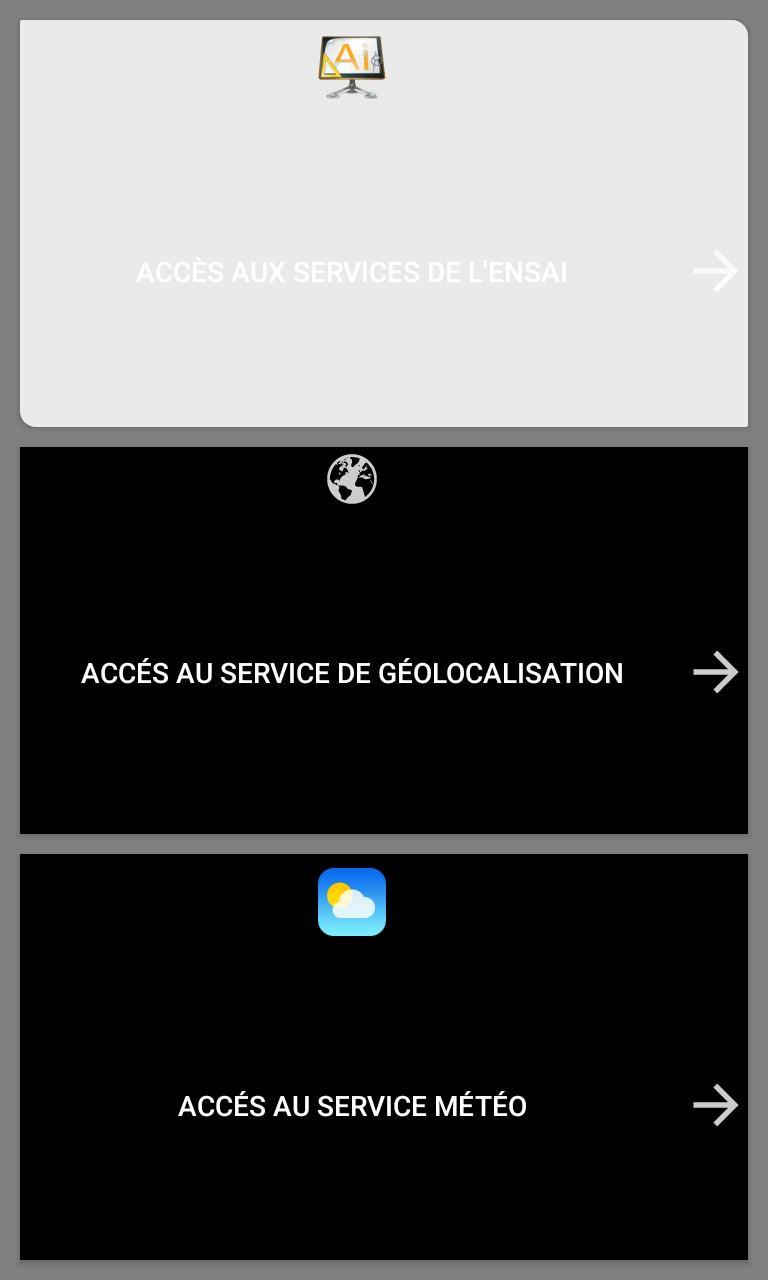
Repository: cpluuuusplus/WhoWantsKitKat
Layout: AppliPlus/res/layout/activity_menu_principal.xml
These files come from the project's save history. The layout is drawn as it stood at one moment and after the next save; the edit follows.
It is drawn on a 768 x 1280 px phone screen (xhdpi) without system bars, with theme Theme.AppCompat.Light; the app's code is not run.

Above is the layout before, as saved 2014-05-12 15:37:56.

### AppliPlus/res/layout/activity_menu_principal.xml
<?xml version="1.0" encoding="utf-8"?>
<LinearLayout xmlns:android="http://schemas.android.com/apk/res/android"
    android:layout_width="match_parent"
    android:layout_height="match_parent"
    android:background="@color/gray"
    android:orientation="vertical" >

    <Button
        android:id="@+id/main_act1"
        android:layout_width="match_parent"
        android:layout_height="fill_parent"
        android:layout_marginLeft="10dp"
        android:layout_marginRight="10dp"
        android:layout_marginTop="10dp"
        android:layout_weight="1"
        android:background="@drawable/button_shape"
        android:drawableRight="@drawable/ic_action_forward"
        android:drawableTop="@drawable/shcool"
        android:onClick="pamplemousse"
        android:text="@string/school"
        android:textColor="@color/white" />

    <Button
        android:id="@+id/main_act2"
        android:layout_width="match_parent"
        android:layout_height="fill_parent"
        android:layout_margin="10dp"
        android:layout_weight="1"
        android:background="@color/black_color"
        android:drawableRight="@drawable/ic_action_forward"
        android:drawableTop="@drawable/ic_action_web_site"
        android:onClick="geolocalisation"
        android:text="@string/geo"
        android:textColor="@color/white" />

    <Button
        android:id="@+id/main_act3"
        android:layout_width="match_parent"
        android:layout_height="fill_parent"
        android:layout_marginBottom="10dp"
        android:layout_marginLeft="10dp"
        android:layout_marginRight="10dp"
        android:layout_weight="1"
        android:background="@color/black_color"
        android:drawableRight="@drawable/ic_action_forward"
        android:drawableTop="@drawable/weather"
        android:onClick="meteo"
        android:text="@string/meteo"
        android:textColor="@color/white" />

</LinearLayout>

### AppliPlus/res/values/colors.xml
<?xml version="1.0" encoding="utf-8"?>
<resources>

    <color name="black_color">#000</color>
    <color name="white">#FFFFFF</color>
    <color name="yellow">#FFFF00</color>
    <color name="fuchsia">#FF00FF</color>
    <color name="red">#FF0000</color>
    <color name="silver">#C0C0C0</color>
    <color name="gray">#808080</color>
    <color name="olive">#808000</color>
    <color name="purple">#800080</color>
    <color name="maroon">#800000</color>
    <color name="aqua">#00FFFF</color>
    <color name="lime">#00FF00</color>
    <color name="teal">#008080</color>
    <color name="green">#008000</color>
    <color name="blue">#0000FF</color>
    <color name="navy">#000080</color>

</resources>

### AppliPlus/res/drawable-hdpi/button_shape.xml
<?xml version="1.0" encoding="utf-8"?>
<shape xmlns:android="http://schemas.android.com/apk/res/android"
    android:shape="rectangle" >

    <solid android:color="#EAEAEA" />

    <corners
        android:bottomLeftRadius="8dip"
        android:bottomRightRadius="1dip"
        android:topLeftRadius="1dip"
        android:topRightRadius="8dip" />

</shape>

### AppliPlus/res/values/strings.xml
<?xml version="1.0" encoding="utf-8"?>
<resources>

    <string name="app_name">Qui veut manger un KitKat ?</string>
    <string name="hello_world">Hello world!</string>
    <string name="nb_cours">%1$d cours viennent d\'être mis à jours</string>
    <string name="direct">Accès direct à pamplemousse viewer</string>
    <string name="refresh">Refresh</string>
    <string name="action_search">search</string>
    <string name="find_city">Rechercher une ville</string>

    <!-- Nom des menus ! -->

    <string name="home">Qui veut un KitKat ?</string>
    <string name="pamp_viewer">Accès à Pamplemousse</string>
    <string name="agenda_null">Première connection ? Renseignez vos identifiants, et synchroniser</string>
    <string name="url_error">Impossible de se connecter au serveur, veuillez vérifier vos identifiants et votre connection à internet</string>
    <string name="school">Accès aux services de l\'Ensai</string>
    <string name="connection">Accès à Pamplemousse</string>
    <string name="remote">Accès à Pamplemousse en ligne</string>
    <string name="pampl_desc">Emploi du temps, mails,...</string>
    <string name="geo">Accés au service de Géolocalisation</string>
    <string name="geo_desc">Géolocalisation</string>
    <string name="meteo">Accés au service Météo</string>
    <string name="meteo_desc">À</string>
    <string name="meteo_tc">Températures</string>
    <string name="meteo_wind">Vent</string>
    <string name="meteo_rain">Pluie</string>
    <string name="meteo_clouds">Nuages</string>
    <string name="valider_localite">Valider</string>
    <string name="desc_country">Pays</string>
    <string name="desc_sunrise">Levé du soleil</string>
    <string name="desc_sunset">Couché du soleil</string>
    <string name="desc_pressure">Pression</string>

    <!-- Cas non défini -->

    <string name="to_be_defined">En attente</string>

    <!-- Test login -->

    <string name="menu_settings">Settings</string>
    <string name="title_activity_main">MainActivity</string>
    <string name="image_content_description">Un Android avec un chien</string>
    <string name="login">S\'identifier</string>
    <string name="email">Id utilisateur</string>
    <string name="password">Mot de passe</string>
    <string name="connect">Se connecter</string>
    <string name="get_localite">Récupérer ma localisation actuelle</string>
    <string name="saisir_localite">Saisir une ville ici</string>
    <string name="desc_saisie_localite">Vous pouvez saisir une localité</string>
    <string name="temp">Ce champ doit etre rempli</string>
    <string name="geoloc_osm">Géolocationsation par OSM/OCM</string>

</resources>

After the next save:
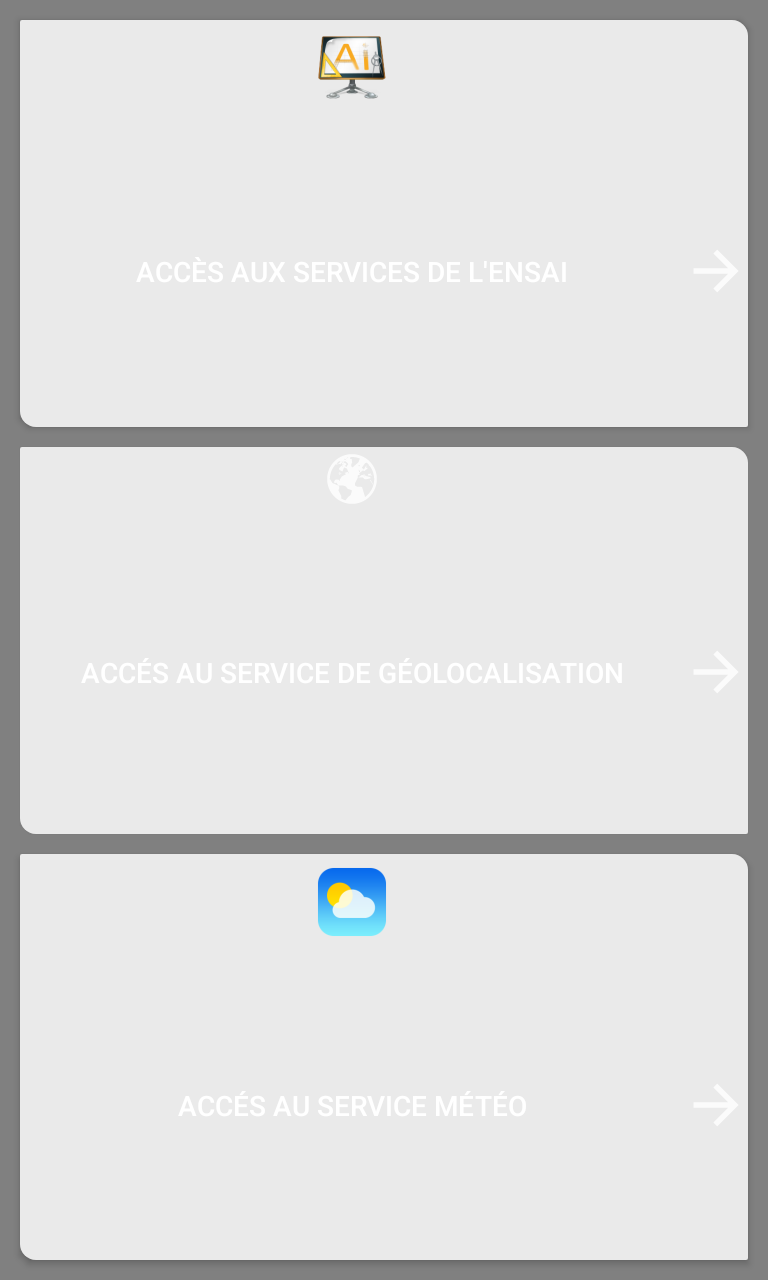
Saved 43 s later.
--- a/AppliPlus/res/layout/activity_menu_principal.xml
+++ b/AppliPlus/res/layout/activity_menu_principal.xml
@@ -26,7 +26,7 @@
         android:layout_height="fill_parent"
         android:layout_margin="10dp"
         android:layout_weight="1"
-        android:background="@color/black_color"
+        android:background="@drawable/button_shape"
         android:drawableRight="@drawable/ic_action_forward"
         android:drawableTop="@drawable/ic_action_web_site"
         android:onClick="geolocalisation"
@@ -41,7 +41,7 @@
         android:layout_marginLeft="10dp"
         android:layout_marginRight="10dp"
         android:layout_weight="1"
-        android:background="@color/black_color"
+        android:background="@drawable/button_shape"
         android:drawableRight="@drawable/ic_action_forward"
         android:drawableTop="@drawable/weather"
         android:onClick="meteo"
